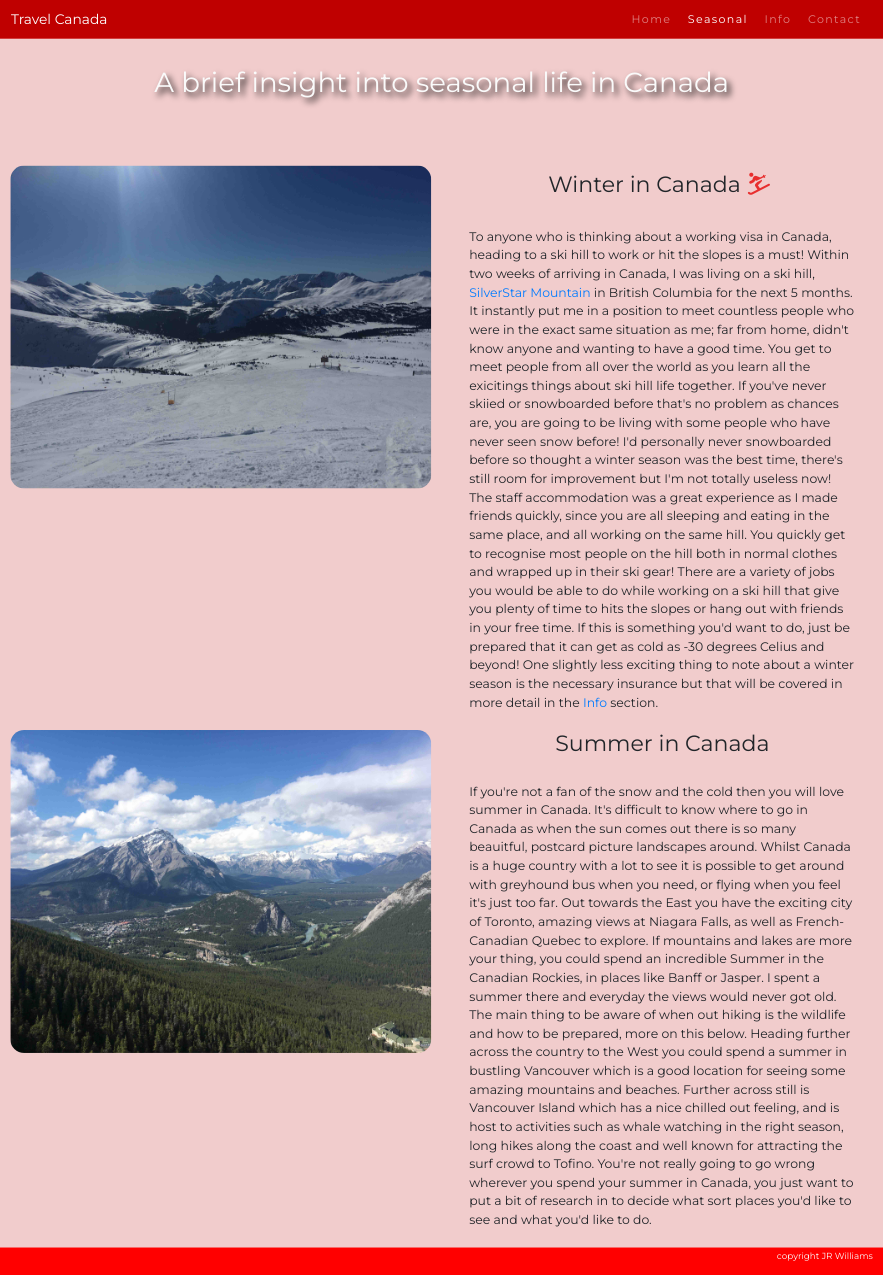
Repository: JonWil91/Travel-Canada
Page: seasonal.html
The author's editor kept a record of every edit. The page is drawn from the files as they stood at one moment, then again after the next edit.
The browser window is 1280 px wide. The pictures show the whole page, at 69% of full size.
Some web libraries are served in a nearby version.

Above is the page before.

After the next edit:
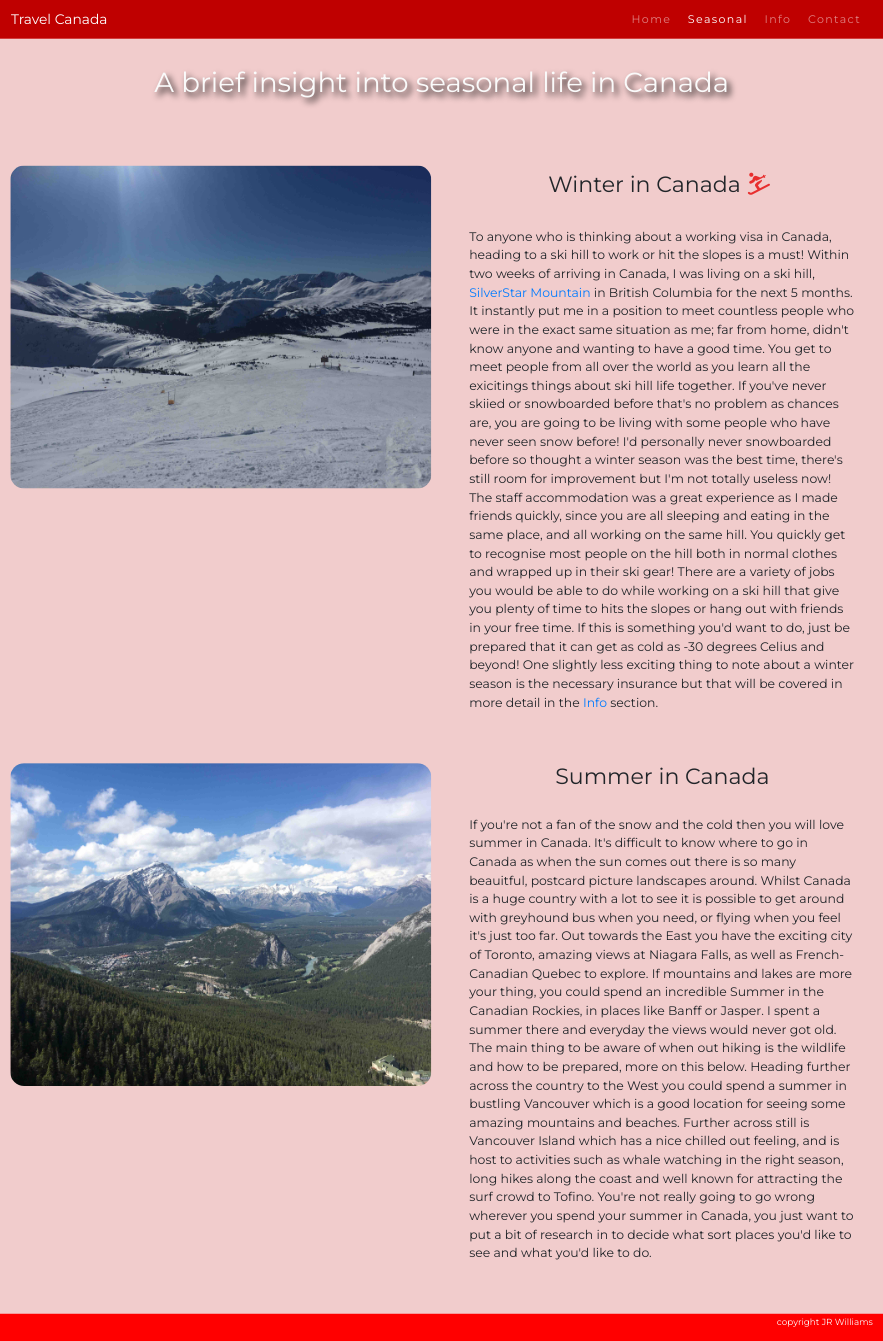
The edit:
--- a/seasonal.html
+++ b/seasonal.html
@@ -103,7 +103,7 @@
         </div>
 
 
-        <div class="container-fluid">
+        <div class="container-fluid my-5">
             <div class="row">
                 <div class="col-lg-6">
                     <img src="images/canada-summer.jpg" class="img-fluid">
